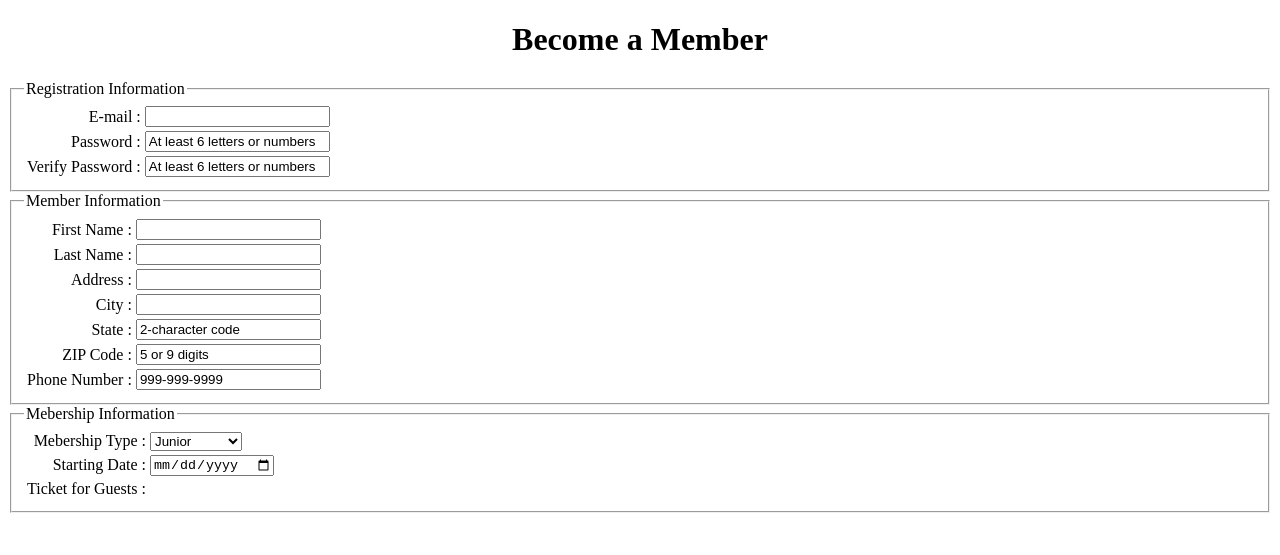
Repository: kjungyoun/Web_Study_2021
Page: homework_front/WebContent/0302/0302.html
The author's editor kept a copy of each file at every save. The page is drawn from the files as they stood at one save, then again after the next save.
The browser window is 1280 px wide. The pictures show the whole page.

Above is the page before, as saved 2021-03-02 12:01:08.

### homework_front/WebContent/0302/0302.html
<!DOCTYPE html>
<html>
<head>
<meta charset="UTF-8">
<title>Become a Member</title>
</head>
<body>
<header>
	<h1 align="center">
		Become a Member
	</h1>
</header>
<form action="index.html">
	<fieldset>
		<legend>Registration Information</legend>
		<table >
			<tbody>
				<tr>
					<td align="right">
						<label for="userid">E-mail : </label>
					</td>
					<td align="left">
						<input type="email" id="email" name="email">
					</td>
				</tr>
				<tr>
					<td align="right">
					<label for="password">Password : </label>
					</td>
					<td align="left">
						<input type="text" id="psw" name="psw" value="At least 6 letters or numbers">
					</td>
				</tr>
				<tr>
					<td align="right">
						<label for="vpassword">Verify Password : </label>
					</td>
					<td align="left">
						<input type="text" id="vpwd" name="vpwd" value="At least 6 letters or numbers">
					</td>
				</tr>
			</tbody>
		</table>
	</fieldset>
	<fieldset>
		<legend>Member Information</legend>
		<table >
			<tbody>
				<tr>
					<td align="right">
						<label for="fname">First Name : </label>
					</td>
					<td align="left">
						<input type="text" id="fname" name="fname">
					</td>
				</tr>
				<tr>
					<td align="right">
					<label for="lname">Last Name : </label>
					</td>
					<td align="left">
						<input type="text" id="lname" name="lname">
					</td>
				</tr>
				<tr>
					<td align="right">
						<label for="address">Address : </label>
					</td>
					<td align="left">
						<input type="text" id="addr" name="addr">
					</td>
				</tr>
				<tr>
					<td align="right">
						<label for="city">City : </label>
					</td>
					<td align="left">
						<input type="text" id="city" name="city">
					</td>
				</tr>
				<tr>
					<td align="right">
						<label for="state">State : </label>
					</td>
					<td align="left">
						<input type="text" id="state" name="state" value="2-character code">
					</td>
				</tr>
				<tr>
					<td align="right">
						<label for="zip">ZIP Code : </label>
					</td>
					<td align="left">
						<input type="text" id="addr" name="addr" value="5 or 9 digits">
					</td>
				</tr>
				<tr>
					<td align="right">
						<label for="phone">Phone Number : </label>
					</td>
					<td align="left">
						<input type="tel" id="phone" name="phone" value="999-999-9999">
					</td>
				</tr>
			</tbody>
		</table>
	</fieldset>
	<fieldset>
		<legend>Mebership Information</legend>
		<table>
			<tr>
				<td align="right">
					<label for="type">Mebership Type : </label>
				</td>
				<td align="left">
					<select name="type" >
						<optgroup label="membership" >
							<option>Junior</option>
							<option>Senior</option>
							<option>Semi Pro</option>
							<option>Pro</option>
							<option>VIP</option>
						</optgroup>
					</select>
				</td>
			</tr>
			<tr>
				<td align="right">
					<label for="date">Starting Date : </label>
				</td>
				<td align="left">
					<input type="date" name="date">
				</td>
			</tr>
			<tr>
				<td align="right">
					<label for="guest">Ticket for Guests : </label>
				</td>
			</tr>
		</table>
	</fieldset>
</form>
</body>
</html>

After the next save:
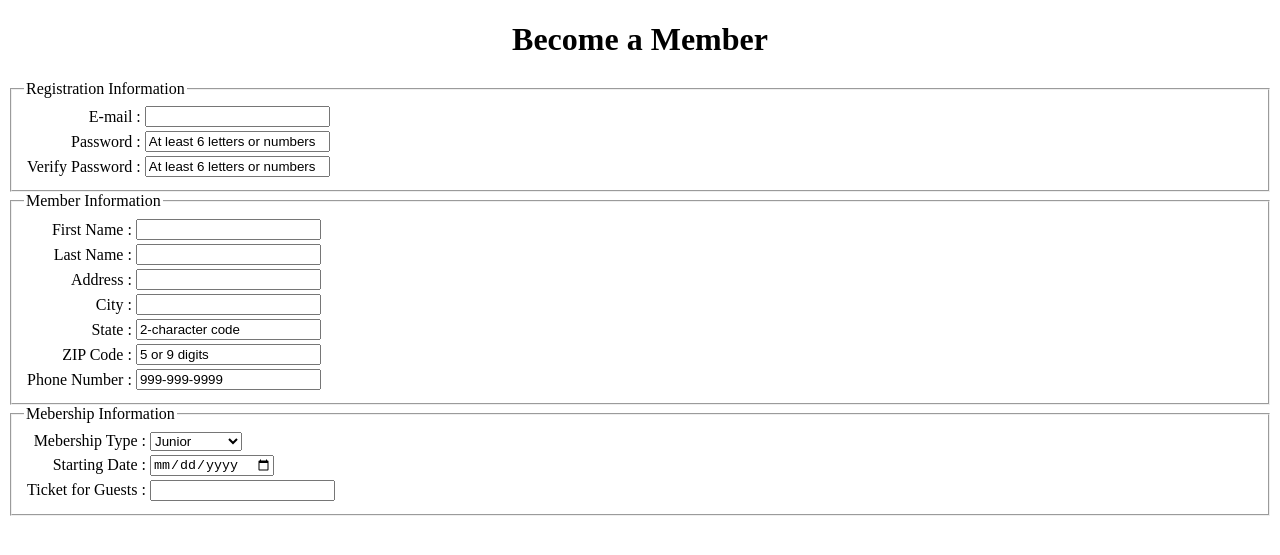
Saved 54 s later.
--- a/homework_front/WebContent/0302/0302.html
+++ b/homework_front/WebContent/0302/0302.html
@@ -136,6 +136,9 @@
 				<td align="right">
 					<label for="guest">Ticket for Guests : </label>
 				</td>
+				<td align="left">
+					<input>
+				</td>
 			</tr>
 		</table>
 	</fieldset>
